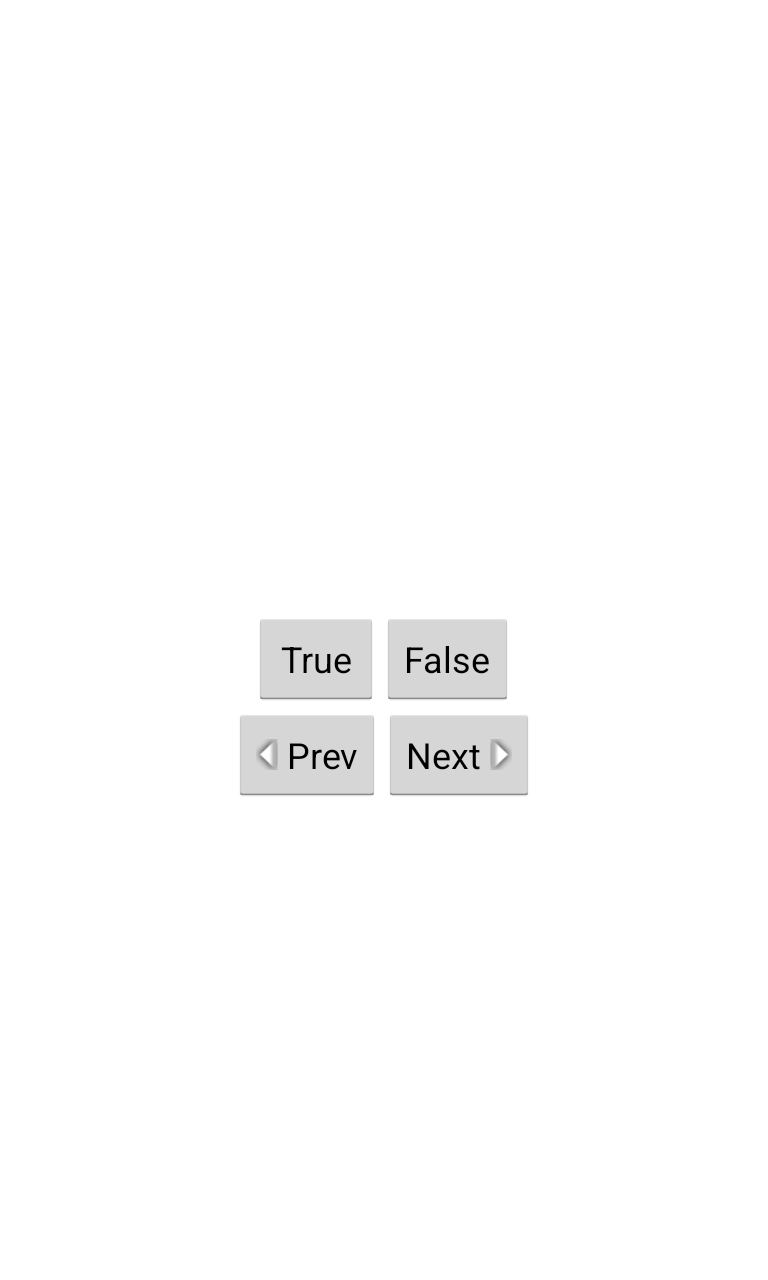
Repository: joblinan/Android-Programming-1st-Edition
Layout: GeoQuiz/res/layout/activity_quiz.xml
The author's editor kept a copy of each file at every save. The layout is drawn from the files as they stood at one save, then again after the next save.
It is drawn on a 768 x 1280 px phone screen (xhdpi) without system bars, with theme AppTheme; the app's code is not run.

Above is the layout before, as saved 2016-08-12 03:09:18.

After the next save:
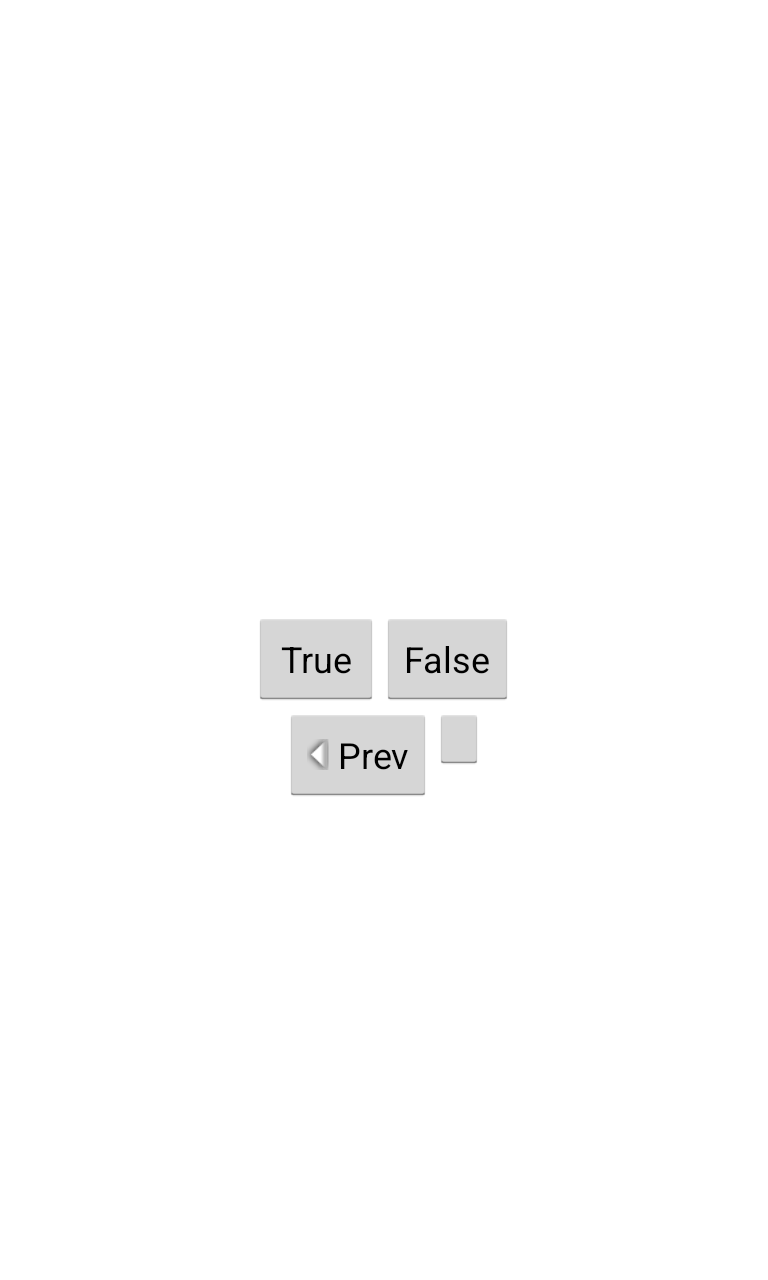
Saved 12 min 48 s later.
--- a/GeoQuiz/res/layout/activity_quiz.xml
+++ b/GeoQuiz/res/layout/activity_quiz.xml
@@ -43,7 +43,7 @@
             android:drawableLeft="@drawable/arrow_left"
             android:drawablePadding="4dp" />
 
-        <Button
+        <ImageButton
 	        android:id="@+id/next_button"
 	        android:layout_width="wrap_content"
 	        android:layout_height="wrap_content"
